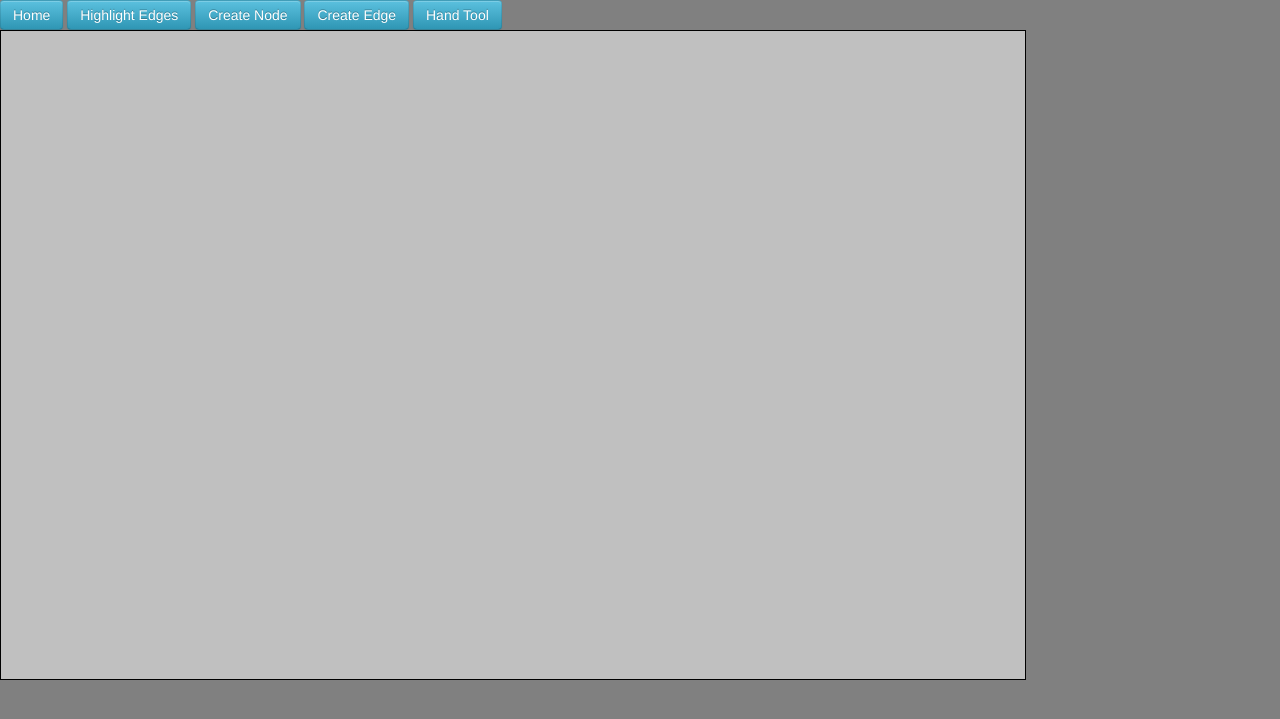
Repository: OrionDevelopers/projectwall
Page: graphSubjectPrototype2(usingKintetic)/graphSubjectPrototype2/graphSubject.html
The author's editor kept a copy of each file at every save. The page is drawn from the files as they stood at one save, then again after the next save.
The browser window is 1280 px wide. The pictures show the whole page.

Above is the page before, as saved 2013-04-18 08:48:08.
Console error: ReferenceError: onBodyLoad is not defined

After the next save:
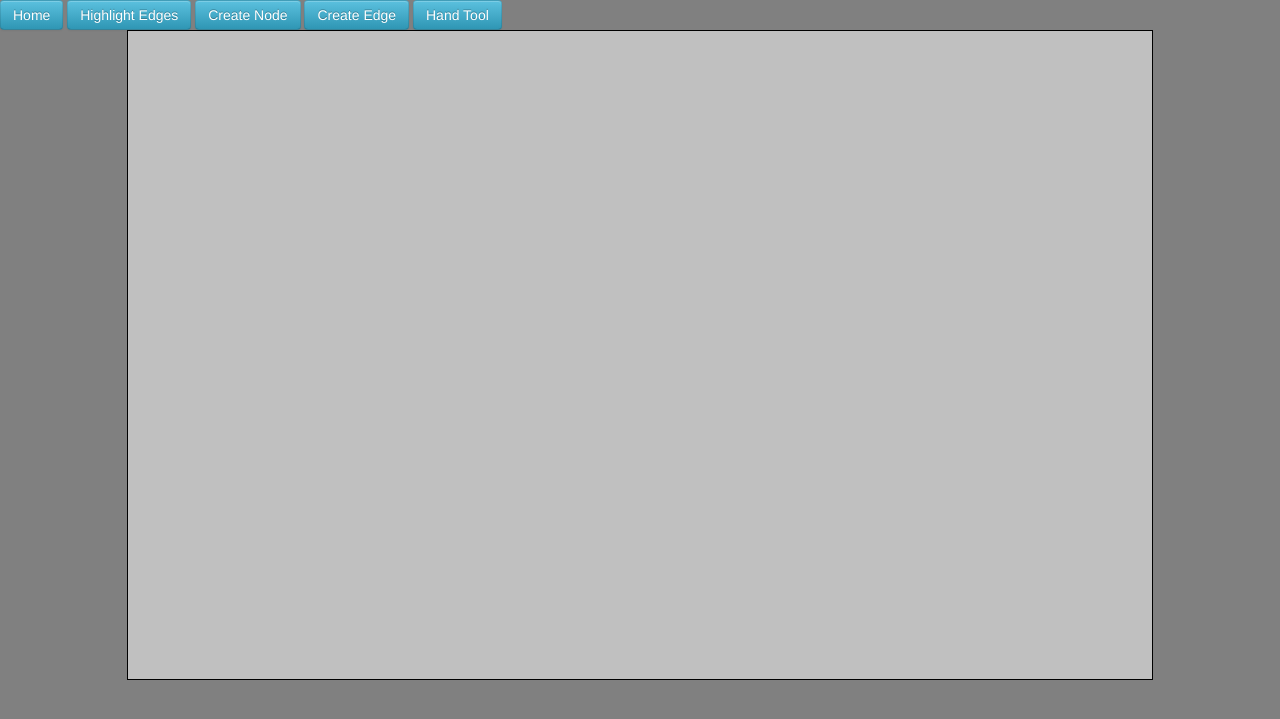
Saved 18 s later.
--- a/graphSubjectPrototype2(usingKintetic)/graphSubjectPrototype2/css/graphSubject.css
+++ b/graphSubjectPrototype2(usingKintetic)/graphSubjectPrototype2/css/graphSubject.css
@@ -10,6 +10,8 @@ body,html{
 #container{
 	width:80%;
 	height:90%;
+	margin-left:auto;
+	margin-right:auto;
 	border:1px solid black;
 	background-color: silver;
 }
